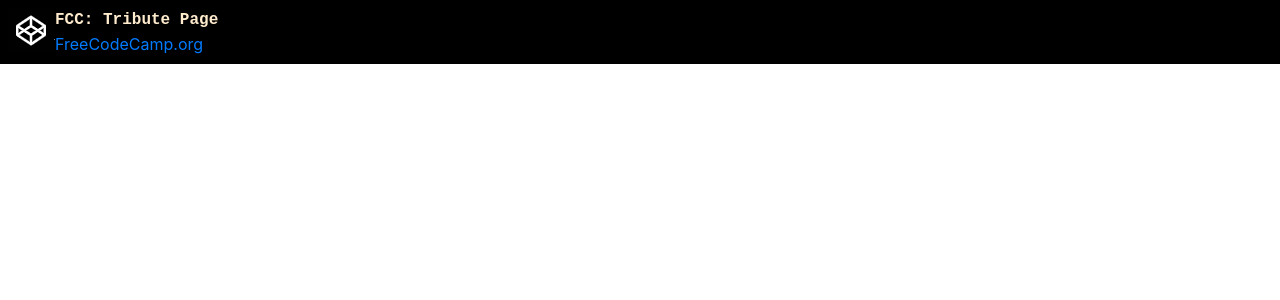
Repository: AbdulWahabRaza123/tributePage
Page: index.html
The author's editor kept a copy of each file at every save. The page is drawn from the files as they stood at one save, then again after the next save.
The browser window is 1280 px wide. The pictures show the whole page.

Above is the page before, as saved 2021-09-02 15:37:21.

### index.html
<!doctype html>
<html lang="en">

<head>
    <!-- Required meta tags -->
    <meta charset="utf-8">
    <meta name="viewport" content="width=device-width, initial-scale=1, shrink-to-fit=no">

    <!-- Bootstrap CSS -->
    <link rel="stylesheet" href="https://cdn.jsdelivr.net/npm/bootstrap@4.6.0/dist/css/bootstrap.min.css" integrity="sha384-B0vP5xmATw1+K9KRQjQERJvTumQW0nPEzvF6L/Z6nronJ3oUOFUFpCjEUQouq2+l" crossorigin="anonymous">

    <title>FCC: Tribute Page</title>
    <link rel="stylesheet" href="new.css">
</head>

<body>
    <header id="Nav">
        <img id="image" src="logo.PNG " alt="Logo " width:4px height:4px>
        <div class="Web-Name">
            <b>FCC: Tribute Page</b>
        </div>
        <div class="Web-Link">
            <a href="#">FreeCodeCamp.org</a>
        </div>
    </header>

    <!-- Optional JavaScript; choose one of the two! -->

    <!-- Option 1: jQuery and Bootstrap Bundle (includes Popper) -->
    <script src="https://code.jquery.com/jquery-3.5.1.slim.min.js " integrity="sha384-DfXdz2htPH0lsSSs5nCTpuj/zy4C+OGpamoFVy38MVBnE+IbbVYUew+OrCXaRkfj " crossorigin="anonymous "></script>
    <script src="https://cdn.jsdelivr.net/npm/bootstrap@4.6.0/dist/js/bootstrap.bundle.min.js " integrity="sha384-Piv4xVNRyMGpqkS2by6br4gNJ7DXjqk09RmUpJ8jgGtD7zP9yug3goQfGII0yAns " crossorigin="anonymous "></script>

    <!-- Option 2: Separate Popper and Bootstrap JS -->
    <!--
    <script src="https://code.jquery.com/jquery-3.5.1.slim.min.js " integrity="sha384-DfXdz2htPH0lsSSs5nCTpuj/zy4C+OGpamoFVy38MVBnE+IbbVYUew+OrCXaRkfj " crossorigin="anonymous "></script>
    <script src="https://cdn.jsdelivr.net/npm/popper.js@1.16.1/dist/umd/popper.min.js " integrity="sha384-9/reFTGAW83EW2RDu2S0VKaIzap3H66lZH81PoYlFhbGU+6BZp6G7niu735Sk7lN " crossorigin="anonymous "></script>
    <script src="https://cdn.jsdelivr.net/npm/bootstrap@4.6.0/dist/js/bootstrap.min.js " integrity="sha384-+YQ4JLhjyBLPDQt//I+STsc9iw4uQqACwlvpslubQzn4u2UU2UFM80nGisd026JF " crossorigin="anonymous "></script>
    -->
</body>

</html>

### new.css
header {
    background-color: black;
    padding: 8px;
}

#image {
    float: left;
}

.Web-Name {
    color: blanchedalmond;
    size: 8px;
    font-family: 'Courier New', Courier, monospace;
}

After the next save:
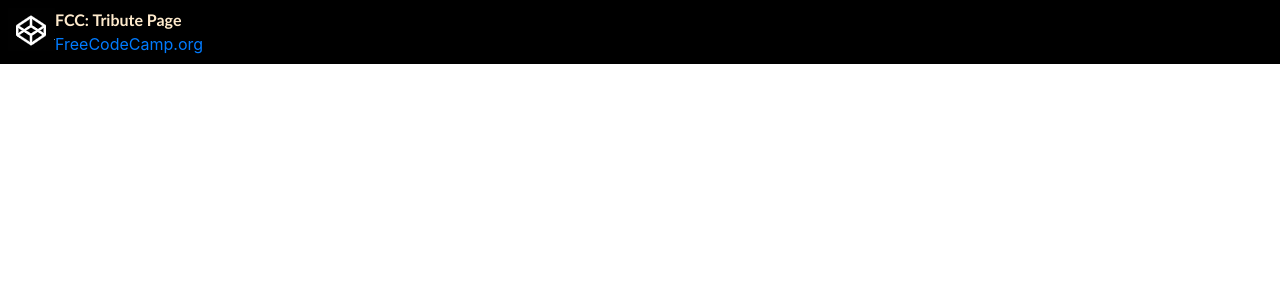
Saved 17 s later.
--- a/new.css
+++ b/new.css
@@ -10,5 +10,5 @@
 .Web-Name {
     color: blanchedalmond;
     size: 8px;
-    font-family: 'Courier New', Courier, monospace;
+    font-family: 'Gill Sans', 'Gill Sans MT', 'Trebuchet MS', sans-serif;
 }
